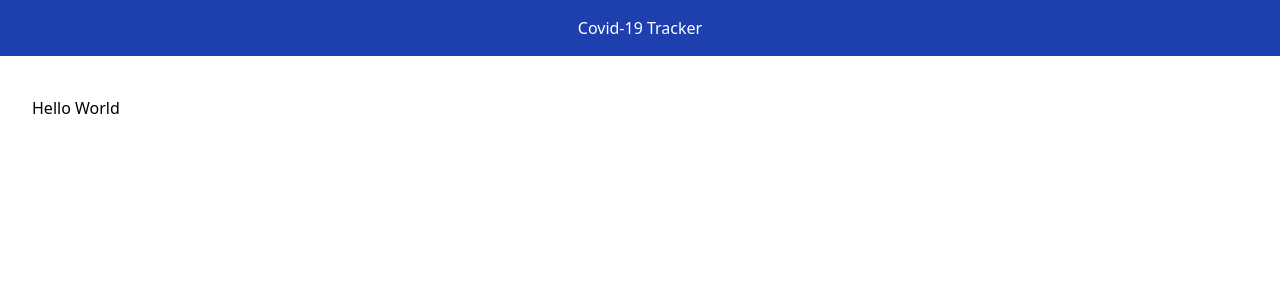
Repository: starcode72/vue-covid-tracker
Page: /
The author's editor kept a copy of each file at every save. The page is drawn from the files as they stood at one save, then again after a run of saves.
The browser window is 1280 px wide. The pictures show the whole page.
The project was rebuilt for these pictures with package versions that can differ from the ones it lists, and the page was loaded fresh each time. Also part of the build but not shown: vue.config.js.

Above is the page before, as saved 2022-04-30 08:28:20.

### src/App.vue
<template>
<Header/>
  <div class="container">
    <router-view />
  </div>
</template>

<script>
import Header from "@/components/Header.vue";
// import Header from "./components/Header.vue";

export default {
  components: {
    Header,
  },
};
</script>

### src/components/Header.vue
<template>
  <header class="text-center bg-blue-800 text-white p-4 mb-10" >
    <div>Covid-19 Tracker</div>
  </header>
</template>

<script>
export default {
  name: "Header",
};
</script>

### src/views/HomeView.vue
<template>
  <div class="home">Hello World</div>
</template>

<script>
export default {
  name: "HomeView",
  components: {},
};
</script>

### tailwind.config.js
module.exports = {
  content: ["./public/**/*.html", "./src/**/*.{vue,js,ts,jsx,tsx}"],
  theme: {
    extend: {},
    // 特定のクラスに対して規定のCSSを当てる
    container: {
      center: true,
      padding: "2rem",
    },
  },
  plugins: [],
};

Loaded but not shown: public/index.html (common file); src/main.js (common file); src/router/index.js (common file); src/assets/tailwind.css (common file)

After the next 3 saves:
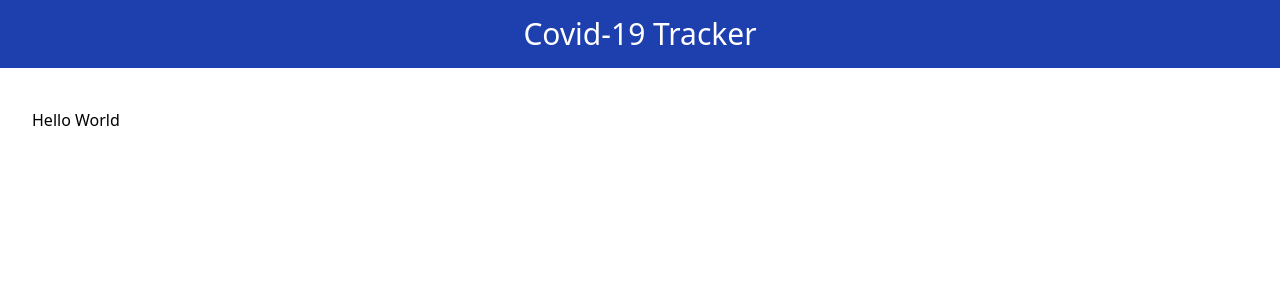
The 3 saves are shown as one change because they came seconds apart.
The last was saved 14 s later.
--- a/src/components/Header.vue
+++ b/src/components/Header.vue
@@ -1,6 +1,6 @@
 <template>
   <header class="text-center bg-blue-800 text-white p-4 mb-10" >
-    <div>Covid-19 Tracker</div>
+    <div class="text-3xl">Covid-19 Tracker</div>
   </header>
 </template>
 
